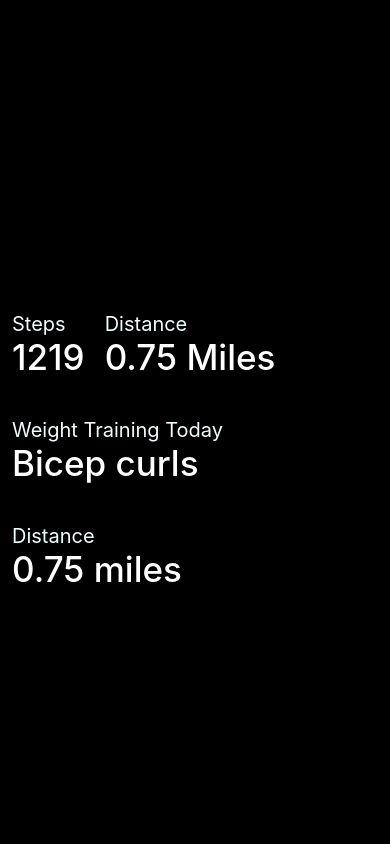
Repository: JamesPesenti/JiMTracker
Screen: /
The author's editor kept a copy of each file at every save. The screen is drawn from the files as they stood at one save, then again after the next save.
The app was drawn by React Native's web renderer in a window 390 px wide. The project was rebuilt for these pictures with package versions that can differ from the ones it lists, and the page was loaded fresh each time.

Above is the screen before, as saved 2023-06-16 13:26:02.

After the next save:
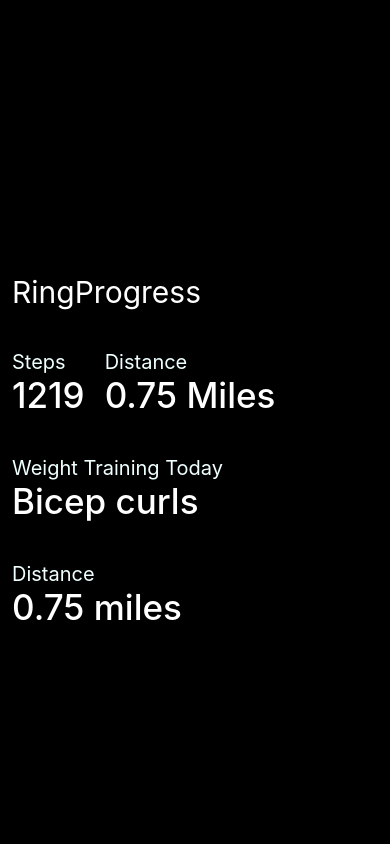
Saved 25 s later.
--- a/App.tsx
+++ b/App.tsx
@@ -9,6 +9,7 @@ export default function App() {
   return (
     <View style={styles.container}>
       <Text>JIMtracker</Text>
+      <RingProgress />
        <View style={{flexDirection: "row", gap: 20}}>
           <Value label="Steps" value="1219" />
           <Value label="Distance" value="0.75 Miles" />
